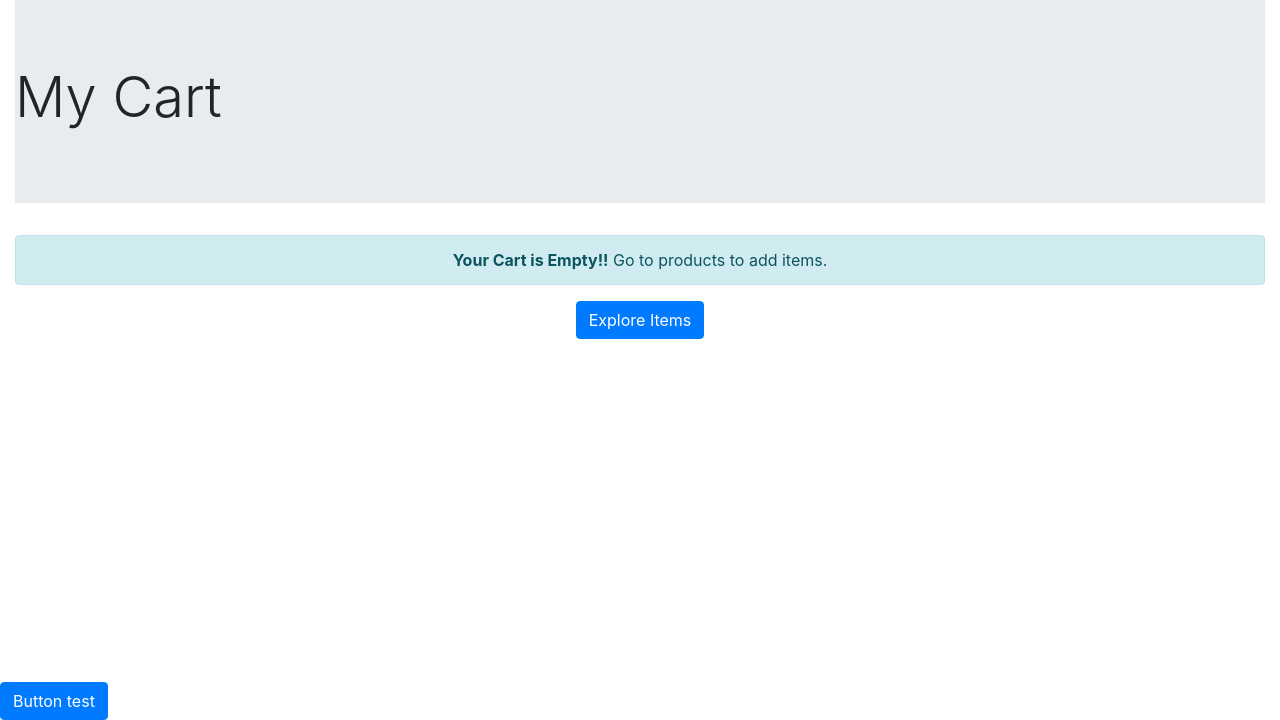
Repository: pravinsakthivel/ecommerce
Page: /cartIems
The author's editor kept a copy of each file at every save. The page is drawn from the files as they stood at one save, then again after the next save.
The browser window is 1280 px wide. The pictures show the whole page.
The project was rebuilt for these pictures with package versions that can differ from the ones it lists, and the page was loaded fresh each time. Also part of the build but not shown: src/components/ProductItem.vue, src/components/UI/ShoppingCartIcon.vue, src/components/UI/NavigationBar.vue, src/components/UI/SearchBar.vue, src/components/UI/ProductDescriptionModal.vue, src/components/ProductList.vue, src/components/PayPalComponent.vue, src/components/PaymentDetails.vue and 4 more.

Above is the page before, as saved 2021-04-10 15:22:23.

After the next save:
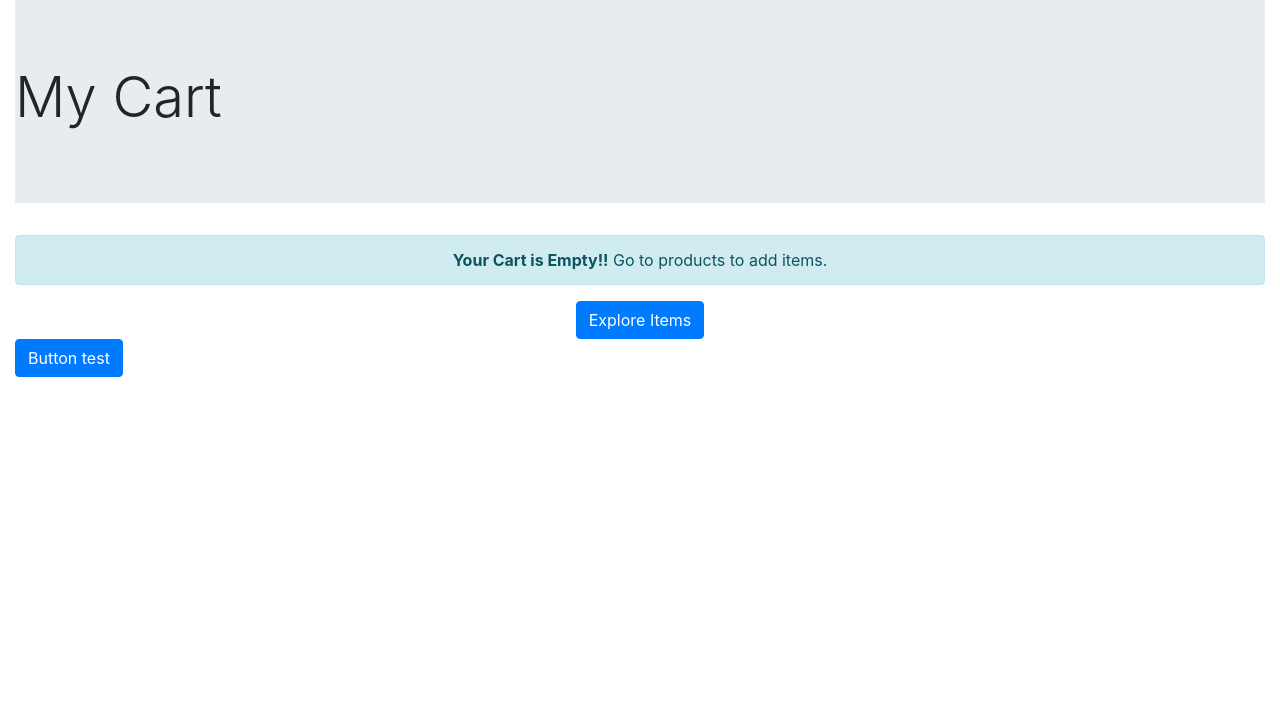
Saved 55 s later.
--- a/src/components/CartList.vue
+++ b/src/components/CartList.vue
@@ -45,7 +45,7 @@
     <form v-else class="text-center">
       <payment-details></payment-details>
     </form>
-    <div class="fixed-bottom">
+    <div class="sticky-bottom">
 <base-button>Button test</base-button>
     </div>
   </div>
